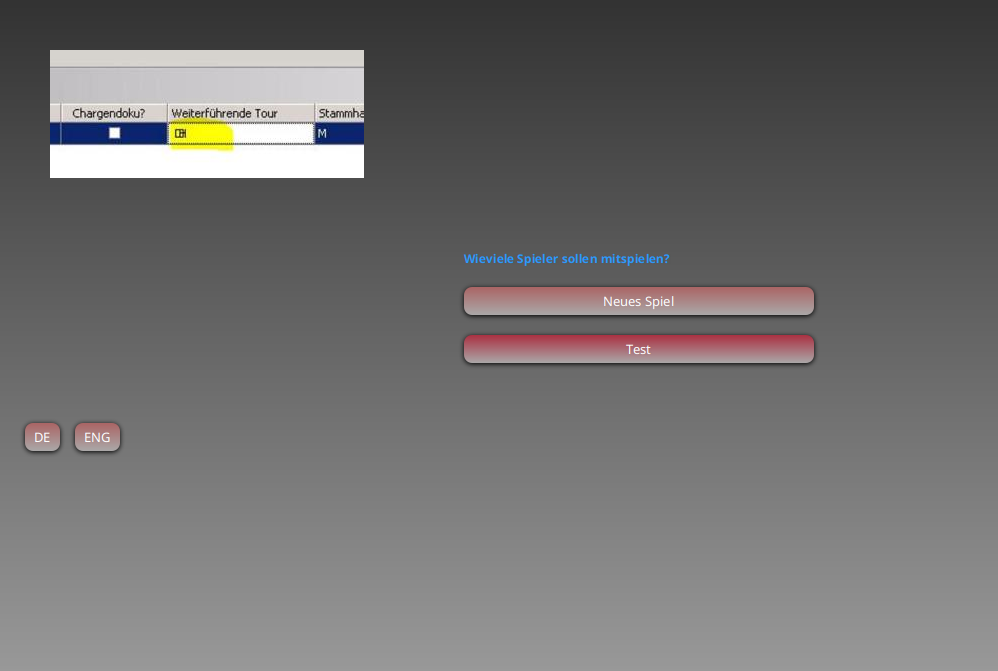
Repository: berger-designz/MenschAergereDichNicht
Program's window: java MenschAergereDichNicht/src/Game_GUI/GUI_Primary.java
An editor plug-in stored every save of this project. The program's window is shown before and after the next save, followed by the edit.
It runs on Java 21 on a 1366 x 768 screen with JavaFX 11; the title bar is not drawn. It also reads MenschAergereDichNicht/src/style/test_pic_1.jpg.

Above is the program's window before, as saved 2016-05-25 13:56:01.

### MenschAergereDichNicht/src/Game_GUI/GUI_Primary.java
package Game_GUI;

import java.io.File;
import java.io.IOException;

import javafx.application.Application;
import javafx.application.Platform;
import javafx.collections.FXCollections;
import javafx.collections.ObservableList;
import javafx.event.EventHandler;
import javafx.fxml.FXMLLoader;
import javafx.geometry.Insets;
import javafx.scene.Scene;
import javafx.scene.control.Button;
import javafx.scene.control.Label;
import javafx.scene.control.ListView;
import javafx.scene.control.ToolBar;
import javafx.scene.image.Image;
import javafx.scene.image.ImageView;
import javafx.scene.layout.BorderPane;
import javafx.scene.layout.HBox;
import javafx.scene.layout.VBox;
import javafx.scene.paint.Color;
import javafx.scene.text.Font;
import javafx.scene.text.FontWeight;
import javafx.stage.Stage;
import javafx.stage.WindowEvent;

public class GUI_Primary extends Application
{

	private static Label top_label;
	private static Label bottom_label;
	private static Button gameStart_Button;
	private static Button test_button;
	private static Button lang_de_Button;
	private static Button lang_en_Button;
	private static ToolBar main_toolbar;

	public void startView(){
		// show GUI (JavaFX)
		String value = ""; // TODO: Welcher wert muss da sein ?
		launch(value);
		System.out.println("started");

	}

	@Override
	public void start(Stage stage) throws Exception
	{
		/*Image img1 = new Image ("test_pic_1.jpg");
		ImageView imgView1 = new ImageView(img1);*/
		Image img1 = new Image (new File("src/style/test_pic_1.jpg").toURI().toString());
		ImageView imgView1 = new ImageView(img1);

		/*Image img2 = new Image ("style/table.jpg", true);
		ImageView sub_image = new ImageView(img2);*/


		top_label = new Label("Wieviele Spieler sollen mitspielen?");
		top_label.setTextFill(Color.web("#2E9AFE"));
		top_label.setFont(Font.font("Verdana", FontWeight.BOLD, 12));

		bottom_label = new Label();
		bottom_label.setTextFill(Color.web("#2E9AFE"));
		bottom_label.setFont(Font.font("Verdana", FontWeight.BOLD, 12));





		gameStart_Button = new Button("Neues Spiel");
		gameStart_Button.setMaxSize(350, 0);
		test_button = new Button("Test");
		test_button.setMaxSize(350, 0);

		lang_de_Button = new Button("DE");
		lang_de_Button.setMaxWidth(350);
		lang_de_Button.setMaxWidth(Double.MAX_VALUE);
		lang_en_Button = new Button("ENG");
		lang_en_Button.setMaxSize(50, 0);
		lang_en_Button.setMaxWidth(Double.MAX_VALUE);

		VBox vbox = new VBox();
		vbox.getChildren().addAll(top_label, gameStart_Button, test_button);
		vbox.setPadding(new Insets(250, 50, 50, 50));
		vbox.setSpacing(20);


		HBox hbox_bottom = new HBox();
		hbox_bottom.getChildren().addAll(bottom_label, lang_de_Button, lang_en_Button);
		hbox_bottom.setSpacing(5);
		hbox_bottom.setPadding(new Insets(10, 10, 10, 10));
		hbox_bottom.setSpacing(15);
		hbox_bottom.setPrefHeight(500);

		HBox hbox_left = new HBox();
		hbox_left.getChildren().addAll(imgView1);
		hbox_left.setPadding(new Insets(50, 50, 50, 50));

		HBox hbox_right = new HBox();
		hbox_right.setPadding(new Insets(50, 50, 50, 50));

		BorderPane main_pane = new BorderPane();
		main_pane.setCenter(vbox);
		main_pane.setLeft(hbox_left);
		main_pane.setBottom(hbox_bottom);
		main_pane.setRight(hbox_right);

		Scene main_scene = new Scene(main_pane);
		main_scene.getStylesheets().add("style/style.css");

		stage.centerOnScreen();
		stage.setTitle("Game - Mensch ärgere Dich nicht");
		stage.setHeight(700);
		stage.setWidth(1000);
		stage.setScene(main_scene);
		stage.show();
		stage.setOnCloseRequest(new EventHandler<WindowEvent>() {
            public void handle(WindowEvent t) {
                Platform.exit();
                System.exit(0);
            }
        });



	}
	}

### MenschAergereDichNicht/src/style/style.css
.root {
	-fx-background-color: linear-gradient(#333333, #999999);
}

.button {
	//-fx-background-color: #AA3344;
	-fx-background-color: linear-gradient(#AA6666, #AAAAAA);
	-fx-text-fill: #FFFFFF;
	-fx-background-radius: 8,7,6;
    -fx-background-insets: 0,1,2;
    -fx-effect: dropshadow( three-pass-box , rgba(0,0,0,3) , 5, 0.0 , 0 , 1 );
}

.button:hover {
	-fx-background-color: linear-gradient(#AA3344, #AAAAAA);
	-fx-text-fill: #FFFFFF;
}

.button:pressed {
    -fx-effect: dropshadow( gaussian , rgba(0,0,0,0.7) , 10,0,0,1 );
    -fx-effect: innershadow( gaussian , rgba(0,0,0,0.7) , 20,0,0,0 );
}

.text-field {
	-fx-border-color: #AAAAAA;
	-fx-border-width: 2px;
}

.list-view {
	-fx-font: bold 12pt "Comic Sans MS";
}

.list-view *.scroll-bar:vertical {
    -fx-background-color: #AA3344;
    -fx-background-radius: 5;
}

.list-view:hover *.scroll-bar:vertical {
    -fx-background-color: linear-gradient(#AAAAAA, #AA3344);
    -fx-background-radius: 5;
}

After the next save:
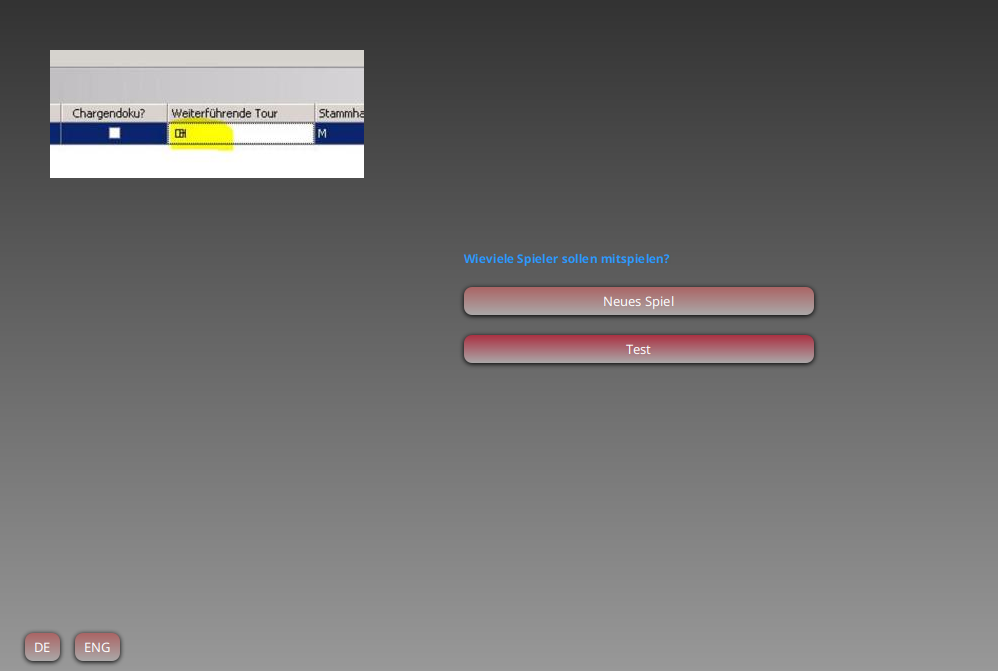
Saved 98 s later.
--- a/MenschAergereDichNicht/src/Game_GUI/GUI_Primary.java
+++ b/MenschAergereDichNicht/src/Game_GUI/GUI_Primary.java
@@ -76,7 +76,7 @@
 
 		lang_de_Button = new Button("DE");
 		lang_de_Button.setMaxWidth(350);
-		lang_de_Button.setMaxWidth(Double.MAX_VALUE);
+		lang_de_Button.setMaxWidth(200);
 		lang_en_Button = new Button("ENG");
 		lang_en_Button.setMaxSize(50, 0);
 		lang_en_Button.setMaxWidth(Double.MAX_VALUE);
@@ -92,7 +92,6 @@
 		hbox_bottom.setSpacing(5);
 		hbox_bottom.setPadding(new Insets(10, 10, 10, 10));
 		hbox_bottom.setSpacing(15);
-		hbox_bottom.setPrefHeight(500);
 
 		HBox hbox_left = new HBox();
 		hbox_left.getChildren().addAll(imgView1);
